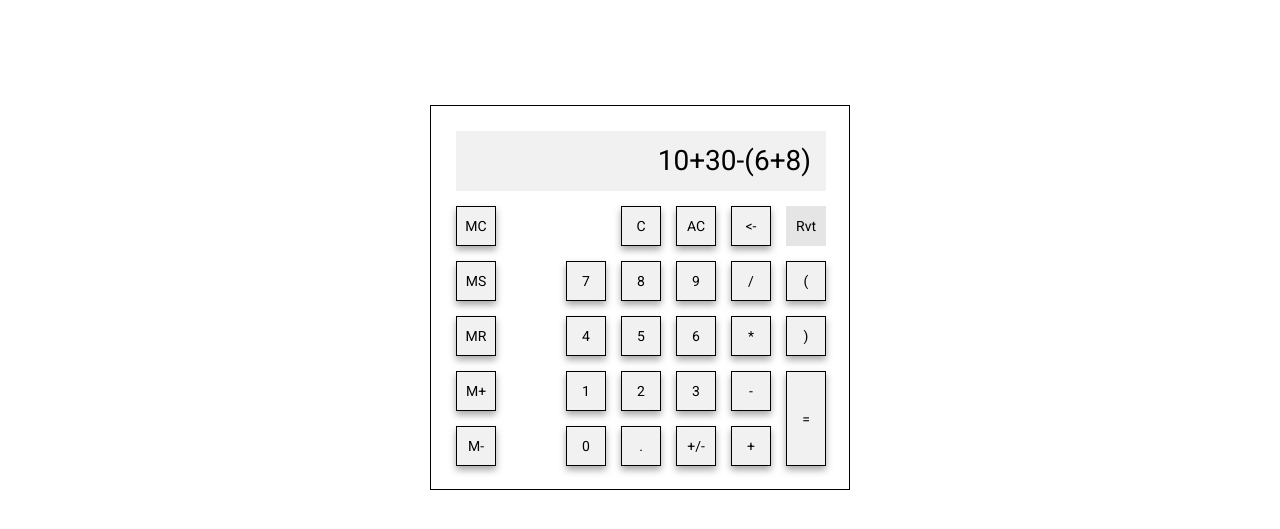
Repository: Teracle/calculator
Page: index.html
The author's editor kept a copy of each file at every save. The page is drawn from the files as they stood at one save, then again after the next save.
The browser window is 1280 px wide. The pictures show the whole page.

Above is the page before, as saved 2022-05-06 12:58:24.

After the next save:
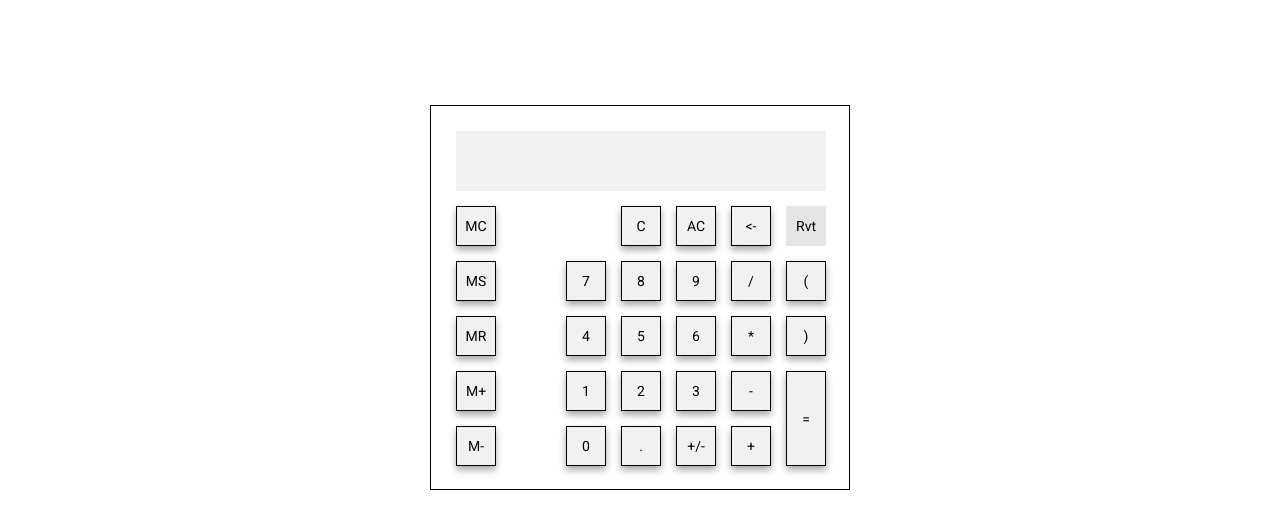
Saved 19 s later.
--- a/index.html
+++ b/index.html
@@ -19,7 +19,7 @@
     <section class="calculator">
 
 
-        <div class="result-field" id="result">10+30-(6+8)</div>
+        <div class="result-field" id="result"></div>
 
 
         <div class="container">
